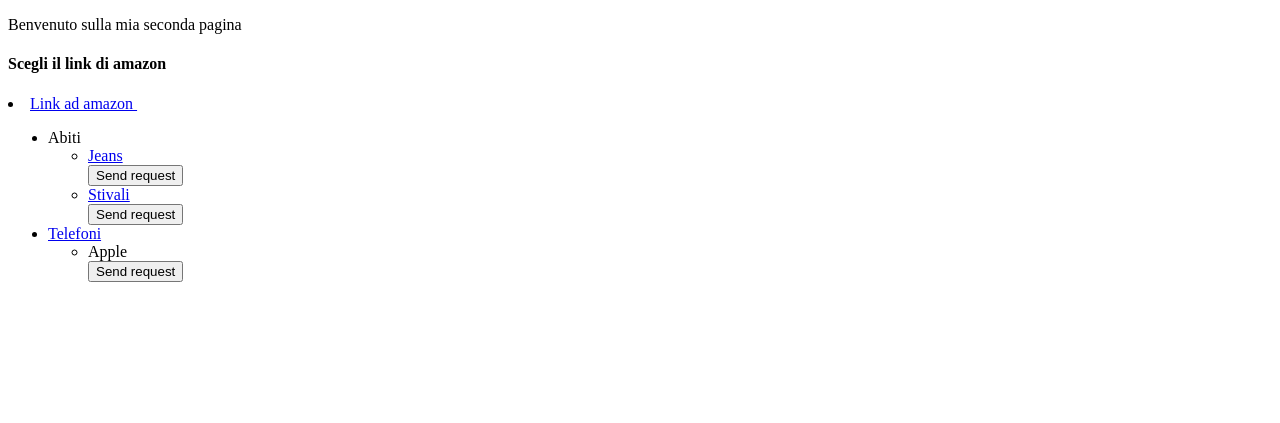
Repository: AndreaGuastaferro/Repository_Andrea_Guastaferro_Front
Page: cartella_html/NUOVO_HTML/Secondo_File.html
The author's editor kept a copy of each file at every save. The page is drawn from the files as they stood at one save, then again after the next save.
The browser window is 1280 px wide. The pictures show the whole page.

Above is the page before, as saved 2018-10-22 09:13:16.

After the next save:
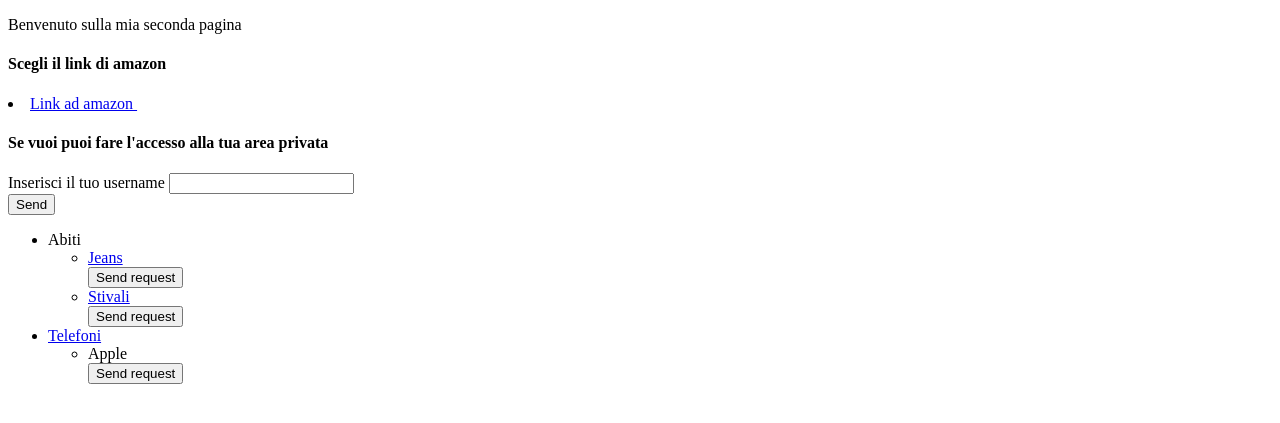
Saved 2 min 8 s later.
--- a/cartella_html/NUOVO_HTML/Secondo_File.html
+++ b/cartella_html/NUOVO_HTML/Secondo_File.html
@@ -9,6 +9,16 @@
 	<h4>Scegli il link di amazon</h4>
 
 			<li><a href= "https://www.amazon.it"> Link ad amazon <img src=""> </a> </li>
+			<h4> Se vuoi puoi fare l'accesso alla tua area privata</h4>
+			<form>
+					  <div>
+					    <label for="example">Inserisci il tuo username</label>
+					    <input id="example" type="text" name="text">
+					  </div>
+					  <div>
+					    <input type="submit" value="Send">
+					  </div>
+			</form>
 				<ul>
 					<li><a href= " https://www.amazon.it/b/ref=nav__fashion_man?ie=UTF8&node=5515769031"></a>Abiti</li>
 						<ul>
